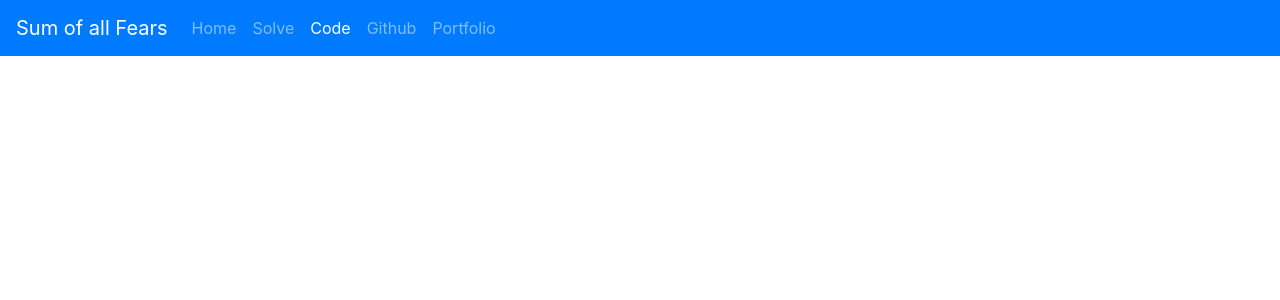
Repository: zhadjah9559/BrainBufferOverflow
Page: code.html
The author's editor kept a copy of each file at every save. The page is drawn from the files as they stood at one save, then again after a run of saves.
The browser window is 1280 px wide. The pictures show the whole page.

Above is the page before, as saved 2021-01-18 00:42:29.

After the next 3 saves:
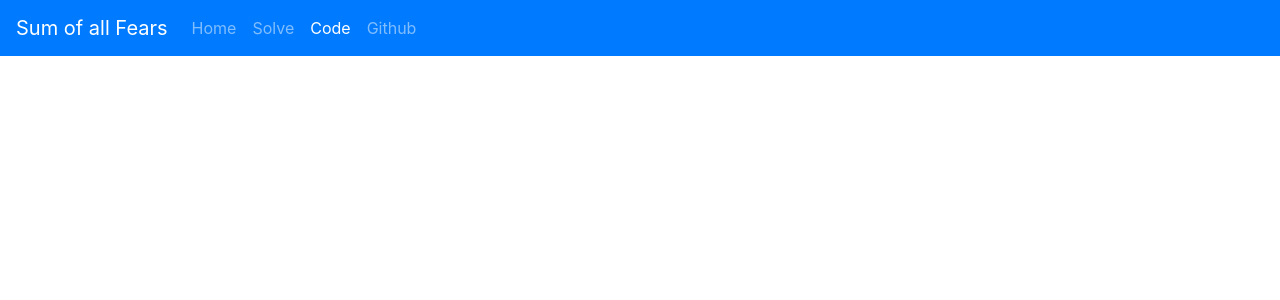
The 3 saves are shown as one change because they came seconds apart.
The last was saved 12 s later.
--- a/code.html
+++ b/code.html
@@ -26,12 +26,12 @@
                  <li class="nav-item active">
                     <a class="nav-link" href="code.html">Code <span class="sr-only">(current)</span></a>
 
+
+
                 </li> <li class="nav-item">
                     <a class="nav-link" href="#">Github</a>
                 </li>
-                <li class="nav-item">
-                    <a class="nav-link" href="#">Portfolio</a>
-                </li>
+
             </ul>
         </div>
     </nav>
